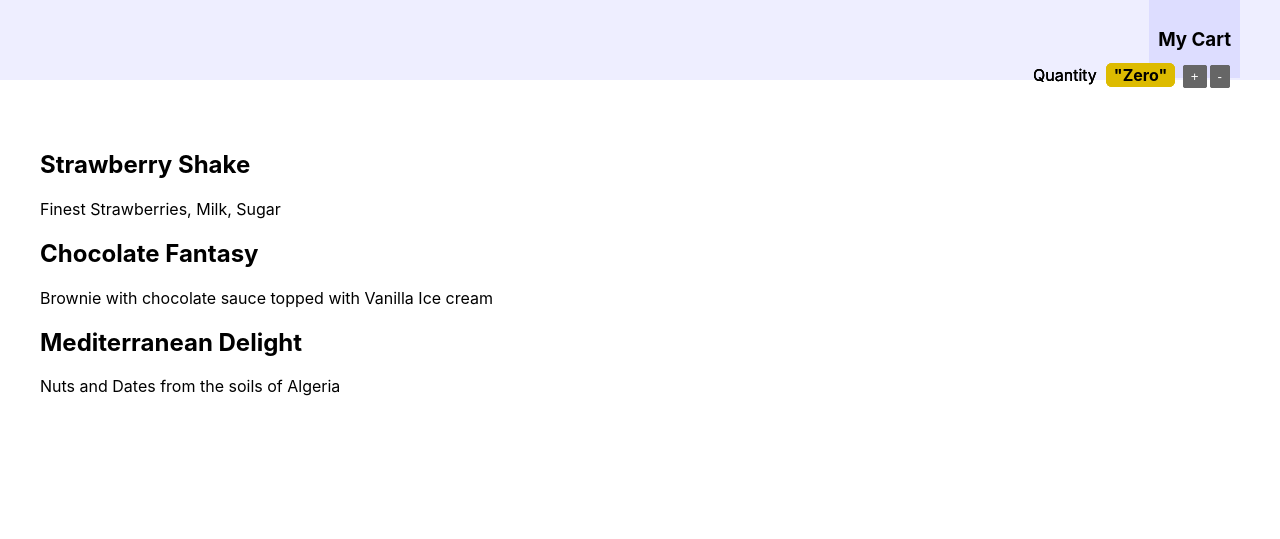
Repository: suhail-yazdan/shopping-cart-react
Page: /
An editor plug-in stored every save of this project. The page is shown before and after the next save, followed by the edit.
The browser window is 1280 px wide. The pictures show the whole page.
The project was rebuilt for these pictures with package versions that can differ from the ones it lists, and the page was loaded fresh each time.

Above is the page before, as saved 2023-10-05 15:37:34.

After the next save:
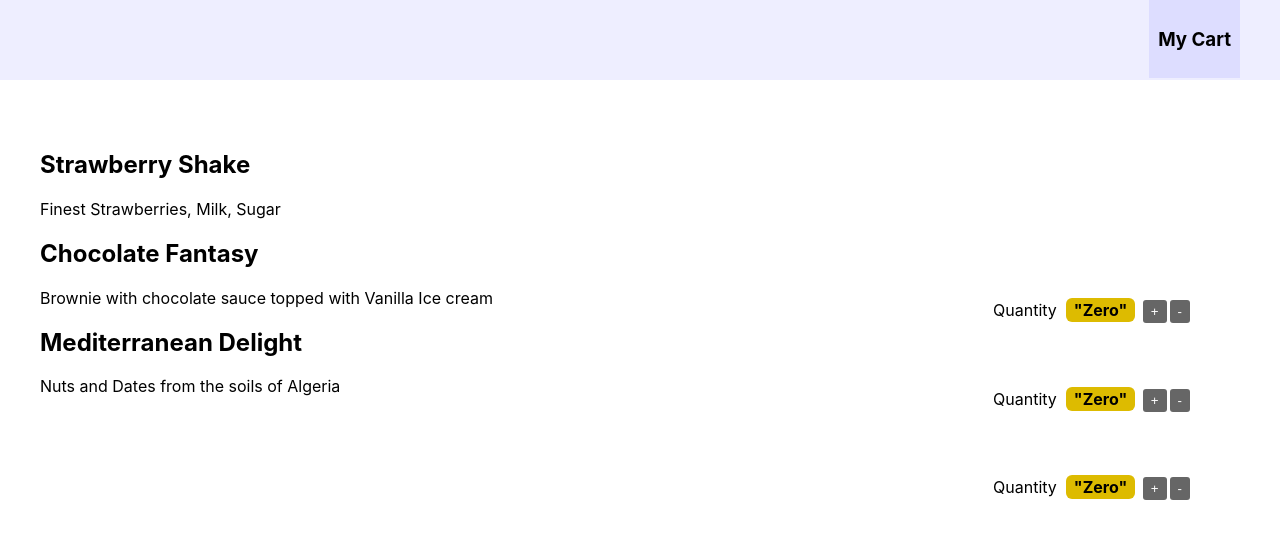
Saved 117 s later.
--- a/src/Card.jsx
+++ b/src/Card.jsx
@@ -17,7 +17,7 @@ const Card = (props) => {
     <div className={getCardClass}>
       <h2> {props.productDetail.name} </h2>
       <p>{props.productDetail.desc}</p>
-      <div className='overlay'>
+      <div>
         <Counter />
       </div>
     </div>
